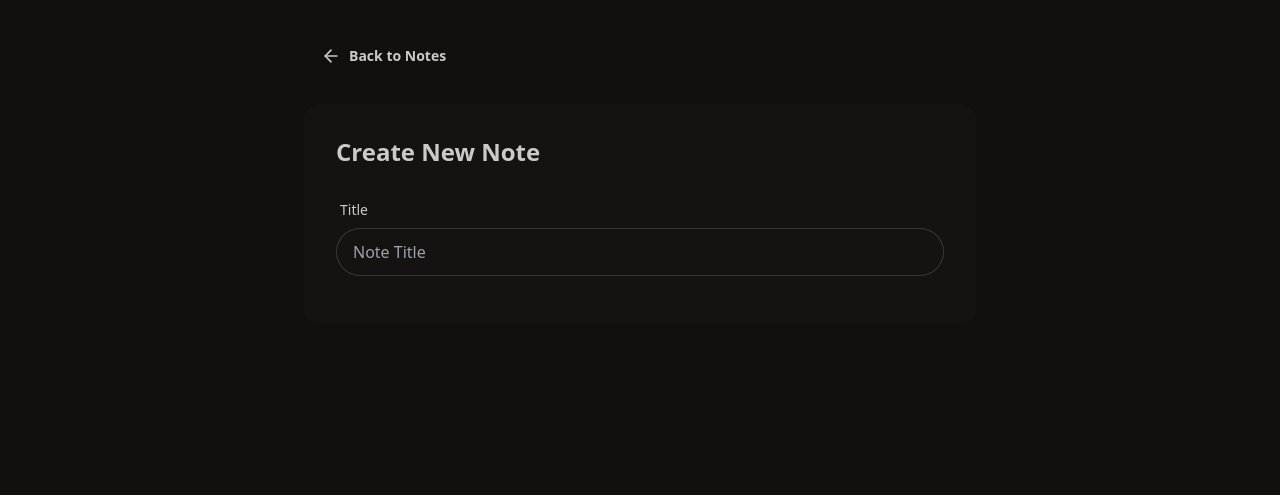
Repository: Harsha201105/ThinkBoard
Page: /create (app in frontend/)
The author's editor kept a copy of each file at every save. The page is drawn from the files as they stood at one save, then again after the next save.
The browser window is 1280 px wide. The pictures show the whole page.
The project was rebuilt for these pictures with package versions that can differ from the ones it lists, and the page was loaded fresh each time. Also part of the build but not shown: frontend/vite.config.js, frontend/src/components/NavBar.jsx, frontend/src/components/RateLimitedUI.jsx, frontend/src/components/NoteCard.jsx, frontend/src/pages/HomePage.jsx, frontend/src/pages/NoteDetailPage.jsx.

Above is the page before, as saved 2025-09-07 20:29:42.

### frontend/src/main.jsx
import { StrictMode } from 'react'
import { createRoot } from 'react-dom/client'
import './index.css'
import App from './App.jsx'
import { BrowserRouter } from 'react-router-dom'
import {Toaster} from 'react-hot-toast'

createRoot(document.getElementById('root')).render(
  <StrictMode>
    <BrowserRouter>
      <App />
      <Toaster />
    </BrowserRouter>
  </StrictMode>
)

### frontend/src/App.jsx
import React from 'react'
import HomePage from './pages/HomePage.jsx'
import CreatePage from './pages/CreatePage.jsx'
import NoteDetailPage from './pages/NoteDetailPage.jsx'
import { Routes, Route } from 'react-router-dom'
// import toast from 'react-hot-toast'

const App = () => {
  return (
    <div claaName="relative h-full w-full" data-theme="forest">
      <div className='absolute inset-0 -z-10 h-full w-full items-center px-5 py-24 [background:radial-gradient(125%_125%_at_50%_10%,#000_60%,#00FF9D40_100%)]' />
      <Routes>
        <Route path="/" element={<HomePage />} />
        <Route path="/create" element={<CreatePage />} />
        <Route path="/note/:id" element={<NoteDetailPage />} />
      </Routes>
    </div>
  )
};

export default App

### frontend/src/pages/CreatePage.jsx
import React from 'react'
import { useState } from 'react'
import { Link } from 'react-router'
import { ArrowLeftIcon } from 'lucide-react'

const CreatePage = () => {

  const [title,setTitle]=useState("");
  const [content,setContent]=useState("");
  const [loading,setLoading]=useState(false);

  const handleSubmit = ()=>{

  }
  return <div className='min-h-screen bg-base-200'>
    <div className='container mx-auto px-4 py-8'>
    <div className='max-w-2xl mx-auto'>
      <Link to={"/"} className="btn btn-ghost mb-6">
      <ArrowLeftIcon className='size-5'/>
      Back to Notes
      </Link>
      <div className='card bg-base-100'>
        <div className='card-body'>
          <h2 className='card-title text-2xl mb-4'>Create New Note</h2>
          <form onSubmit={handleSubmit}>
            <div className='form-control mb-4'>
              <label className='label'>
                <span className='label-text'>Title</span>
              </label>
              <input type="text"
              placeholder='Note Title'
              className='input input-bordered'
              value={title}
              onChange={(e)=>setTitle(e.target.value)}
              />
            </div>
          </form>
       </div>
    </div>
  </div>
</div>
</div>

}

export default CreatePage

### frontend/tailwind.config.js
import daisyui from 'daisyui';

/** @type {import('tailwindcss').Config} */
export default {
  content: [
    "./index.html",
    "./src/**/*.{js,ts,jsx,tsx}",
  ],
  theme: {
    extend: {},
  },
  plugins: [daisyui],
  daisyui:{
    themes:["forest"]
  }
}

Loaded but not shown: frontend/index.html (common file); frontend/src/index.css (common file)

After the next save:
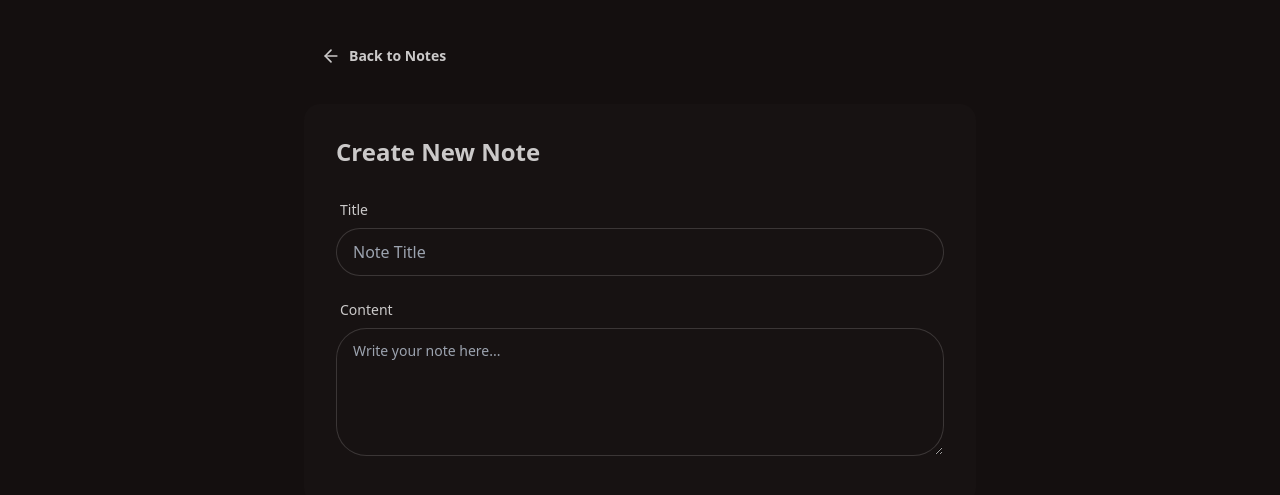
Saved 12 min 22 s later.
--- a/frontend/src/pages/CreatePage.jsx
+++ b/frontend/src/pages/CreatePage.jsx
@@ -34,6 +34,17 @@
               onChange={(e)=>setTitle(e.target.value)}
               />
             </div>
+            <div className='form-control mb-4'>
+              <label className='label'>
+                <span className='label-text'>Content</span>
+              </label>
+              <textarea
+              placeholder='Write your note here...'
+              className='textarea textarea-bordered h-32'
+              value={content}
+              onChange={(e)=>setContent(e.target.value)}
+              />
+            </div>
           </form>
        </div>
     </div>
